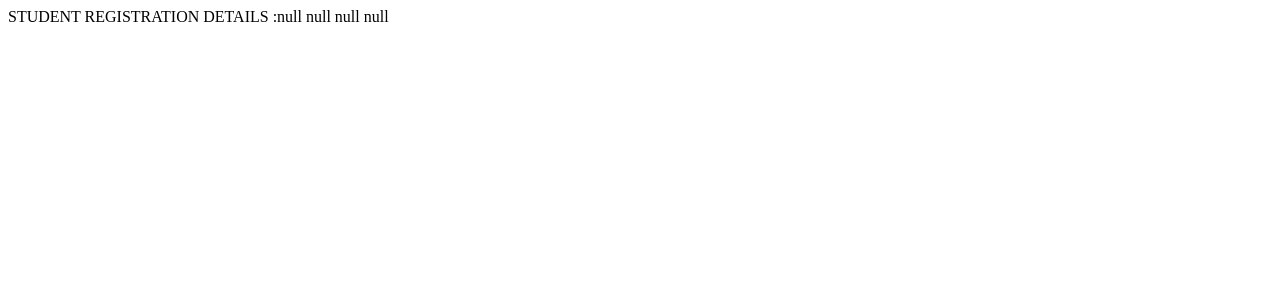
Repository: Catalyst-OTU/Java_Works
Page: http://localhost/ServletBasic/StudentRegister
These files come from the project's save history. The page is drawn as it stood at one moment and after the next save; the edit follows.
The browser window is 1280 px wide. The pictures show the whole page.
The page is served by Tomcat 9.

Above is the page before, as saved 2021-01-27 20:16:27.

After the next save:
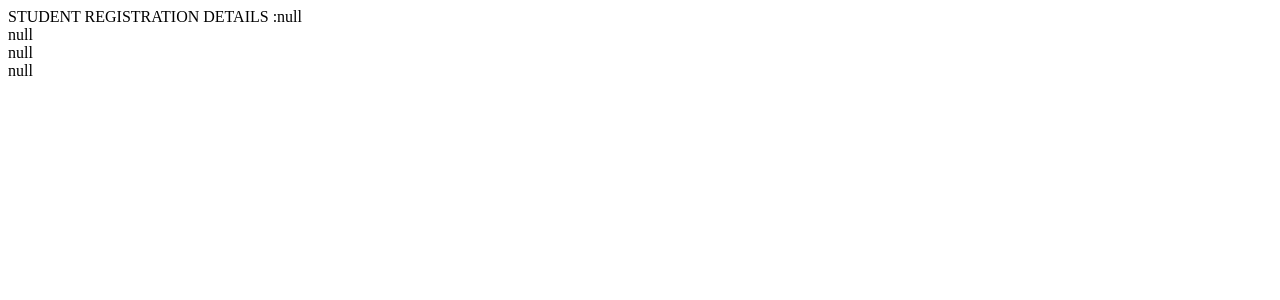
Saved 22 s later.
--- a/ServletBasic/src/com/trainings/servlets/StudentRegister.java
+++ b/ServletBasic/src/com/trainings/servlets/StudentRegister.java
@@ -36,8 +36,8 @@ public class StudentRegister extends HttpServlet {
 
 		out.println("<html> <body>");
 
-		out.println("STUDENT REGISTRATION DETAILS :" + request.getParameter("firstName") + " " + request.getParameter("lastName")
-		+ " " + request.getParameter("email") + " " + request.getParameter("pass"));
+		out.println("STUDENT REGISTRATION DETAILS :" + request.getParameter("firstName") + "<br/> " + request.getParameter("lastName")
+		+ "<br/> " + request.getParameter("email") + "<br/> " + request.getParameter("pass"));
 
 		out.println("</html> </body>");
 	}
